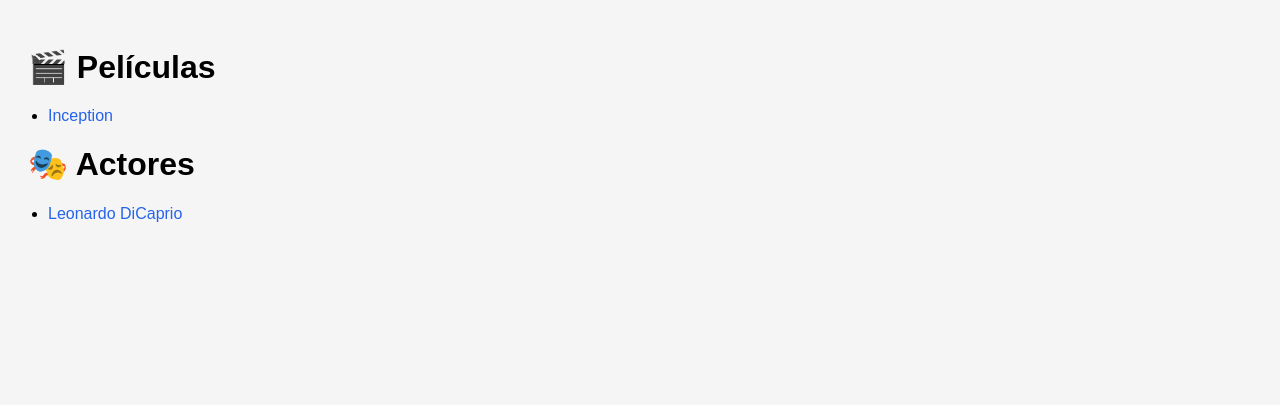
Repository: osoriomrs/ICS_IA
Page: / (app in ejer_11.1/)
An editor plug-in stored every save of this project. The page is shown before and after the next save, followed by the edit.
The browser window is 1280 px wide. The pictures show the whole page.
The project was rebuilt for these pictures with package versions that can differ from the ones it lists, and the page was loaded fresh each time. The framework's server and built-in components were replaced by stand-ins that run in the browser. Also part of the build but not shown: ejer_11.1/next.config.mjs.

Above is the page before, as saved 2026-02-05 10:52:43.

### ejer_11.1/app/page.js
import Link from "next/link"
import { movies, actors } from "./data/data"

export default function HomePage() {
  return (
    <div>
      <h1>🎬 Películas</h1>
      <ul>
        {movies.map(movie => (
          <li key={movie.id}>
            <Link href={`/movies/${movie.id}`}>
              {movie.title}
            </Link>
          </li>
        ))}
      </ul>

      <h1>🎭 Actores</h1>
      <ul>
        {actors.map(actor => (
          <li key={actor.id}>
            <Link href={`/actors/${actor.id}`}>
              {actor.name}
            </Link>
          </li>
        ))}
      </ul>
    </div>
  )
}

### ejer_11.1/app/globals.css
body {
  font-family: Arial, sans-serif;
  padding: 20px;
  background: #f5f5f5;
}

a {
  color: #2563eb;
  text-decoration: none;
}

a:hover {
  text-decoration: underline;
}

h1 {
  margin-top: 20px;
}

ul {
  padding-left: 20px;
}

### ejer_11.1/app/data/data.js
export const movies = [
  {
    id: "inception",
    title: "Inception",
    year: 2010,
    genre: "Ciencia ficción",
    actors: ["leonardo-dicaprio"]
  }
]

export const actors = [
  {
    id: "leonardo-dicaprio",
    name: "Leonardo DiCaprio",
    age: 49,
    movies: ["inception"]
  }
]

Loaded but not shown: ejer_11.1/app/layout.js (common file)

After the next save:
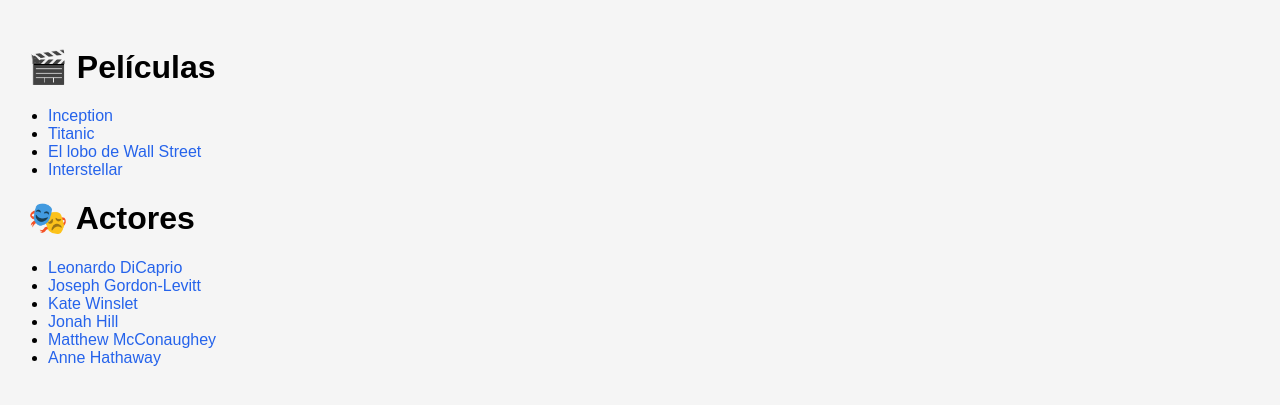
Saved 109 s later.
--- a/ejer_11.1/app/data/data.js
+++ b/ejer_11.1/app/data/data.js
@@ -4,7 +4,28 @@
     title: "Inception",
     year: 2010,
     genre: "Ciencia ficción",
-    actors: ["leonardo-dicaprio"]
+    actors: ["leonardo-dicaprio", "joseph-gordon-levitt"]
+  },
+  {
+    id: "titanic",
+    title: "Titanic",
+    year: 1997,
+    genre: "Drama / Romance",
+    actors: ["leonardo-dicaprio", "kate-winslet"]
+  },
+  {
+    id: "the-wolf-of-wall-street",
+    title: "El lobo de Wall Street",
+    year: 2013,
+    genre: "Drama / Comedia",
+    actors: ["leonardo-dicaprio", "jonah-hill"]
+  },
+  {
+    id: "interstellar",
+    title: "Interstellar",
+    year: 2014,
+    genre: "Ciencia ficción",
+    actors: ["matthew-mcconaughey", "anne-hathaway"]
   }
 ]
 
@@ -13,6 +34,36 @@
     id: "leonardo-dicaprio",
     name: "Leonardo DiCaprio",
     age: 49,
+    movies: ["inception", "titanic", "the-wolf-of-wall-street"]
+  },
+  {
+    id: "joseph-gordon-levitt",
+    name: "Joseph Gordon-Levitt",
+    age: 43,
     movies: ["inception"]
+  },
+  {
+    id: "kate-winslet",
+    name: "Kate Winslet",
+    age: 48,
+    movies: ["titanic"]
+  },
+  {
+    id: "jonah-hill",
+    name: "Jonah Hill",
+    age: 40,
+    movies: ["the-wolf-of-wall-street"]
+  },
+  {
+    id: "matthew-mcconaughey",
+    name: "Matthew McConaughey",
+    age: 54,
+    movies: ["interstellar"]
+  },
+  {
+    id: "anne-hathaway",
+    name: "Anne Hathaway",
+    age: 41,
+    movies: ["interstellar"]
   }
 ]
